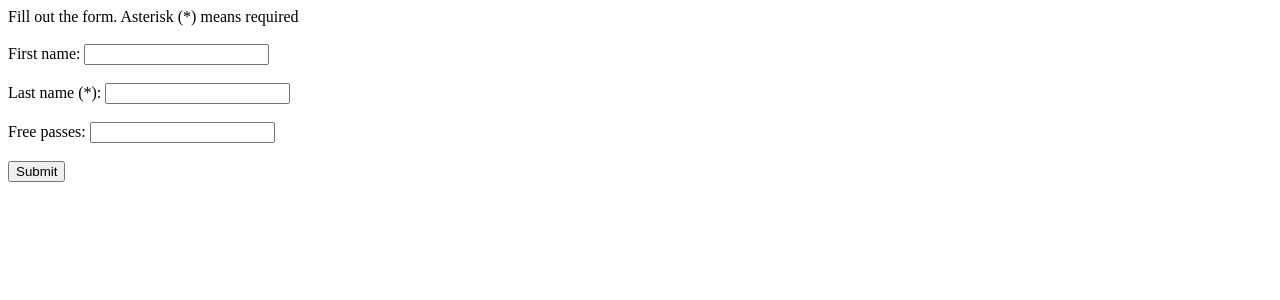
Repository: nguyenhaduy/practiceSpring
Page: http://localhost/spring-mvc-demo/WEB-INF/view/customer-form.jsp
These files come from the project's save history. The page is drawn as it stood at one moment and after the next save; the edit follows.
The browser window is 1280 px wide. The pictures show the whole page.
The page is served by Tomcat 9. Nobody is signed in. The template is opened directly, without the code that normally fills it, so the values that code supplies are empty.

Above is the page before, as saved 2018-02-06 16:42:56.

After the next save:
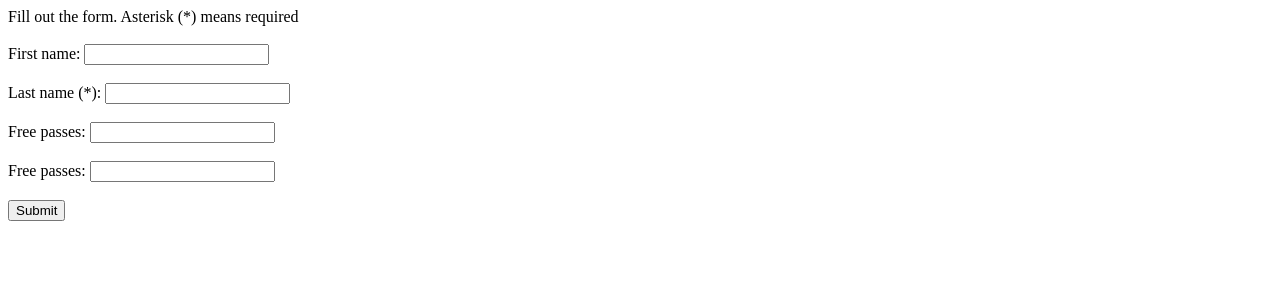
Saved 37 s later.
--- a/spring-mvc-demo/WebContent/WEB-INF/view/customer-form.jsp
+++ b/spring-mvc-demo/WebContent/WEB-INF/view/customer-form.jsp
@@ -34,6 +34,11 @@ Fill out the form. Asterisk (*) means required
 
 		<br><br>
 
+		Free passes: <form:input path="freePasses" />
+		<form:errors path="freePasses" cssClass="error"/>
+
+		<br><br>
+
 		<input type="submit" value="Submit" />
 
 	</form:form>
